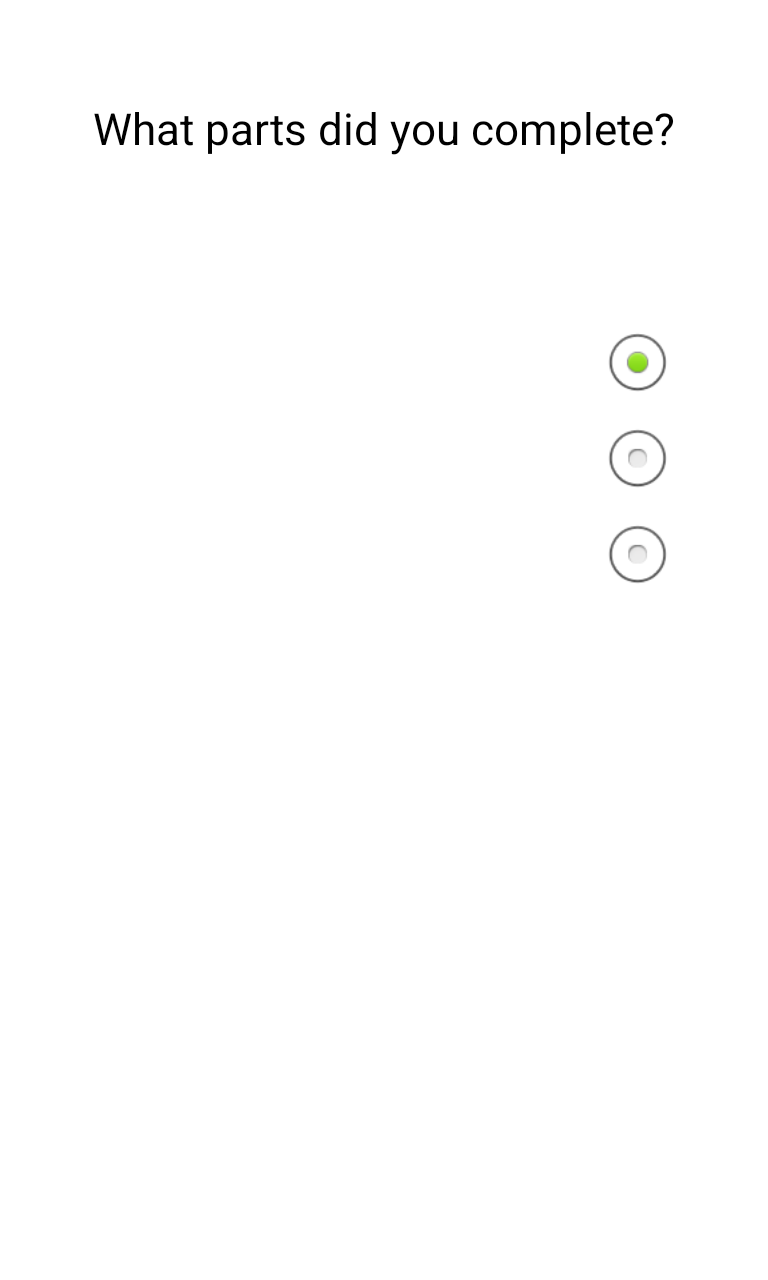
Repository: jwisch91/CS390-Project
Layout: workspace/testing/res/layout/check_weight.xml
These files come from the project's save history. The layout is drawn as it stood at one moment and after the next save; the edit follows.
It is drawn on a 768 x 1280 px phone screen (xhdpi) without system bars, with theme android:Theme.Light; the app's code is not run.

Above is the layout before, as saved 2013-05-04 18:44:05.

### workspace/testing/res/layout/check_weight.xml
<?xml version="1.0" encoding="utf-8"?>
<RelativeLayout xmlns:android="http://schemas.android.com/apk/res/android"
    android:layout_width="match_parent"
    android:layout_height="match_parent" >

    <TextView
        android:id="@+id/textView1"
        android:layout_width="wrap_content"
        android:layout_height="wrap_content"
        android:layout_alignParentTop="true"
        android:layout_centerHorizontal="true"
        android:layout_marginTop="49dp"
        android:text="What parts did you complete?"
        android:textAppearance="?android:attr/textAppearanceLarge" />

    <RadioGroup
        android:id="@+id/radioGroup1"
        android:layout_width="wrap_content"
        android:layout_height="wrap_content"
        android:layout_alignParentRight="true"
        android:layout_below="@+id/textView1"
        android:layout_marginTop="80dp" >
    </RadioGroup>

    <RadioButton
        android:id="@+id/radio0"
        android:layout_width="wrap_content"
        android:layout_height="wrap_content"
        android:layout_alignRight="@+id/textView1"
        android:layout_alignTop="@+id/radioGroup1"
        android:checked="true" />

    <RadioButton
        android:id="@+id/radio1"
        android:layout_width="wrap_content"
        android:layout_height="wrap_content"
        android:layout_alignRight="@+id/textView1"
        android:layout_below="@+id/radio0" />

    <RadioButton
        android:id="@+id/radio2"
        android:layout_width="wrap_content"
        android:layout_height="wrap_content"
        android:layout_alignRight="@+id/textView1"
        android:layout_below="@+id/radio1" />

</RelativeLayout>

After the next save:
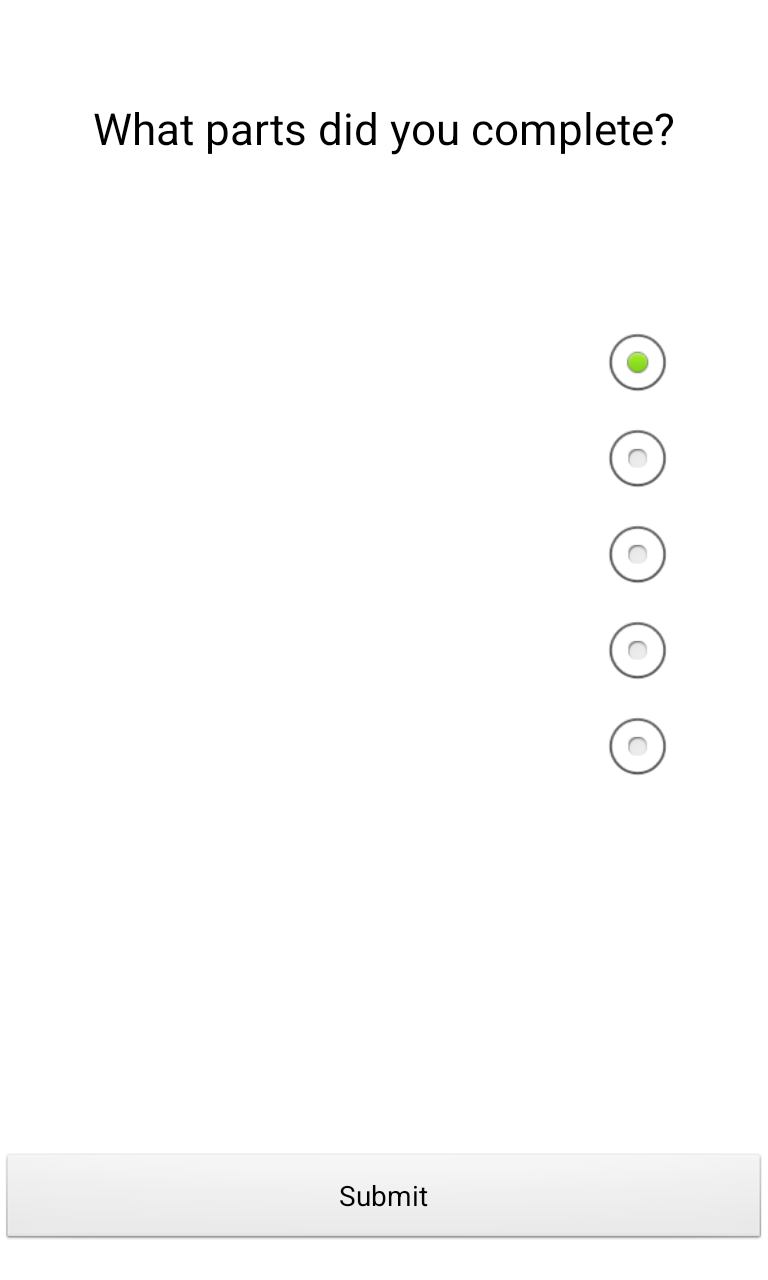
Saved 18 min 25 s later.
--- a/workspace/testing/res/layout/check_weight.xml
+++ b/workspace/testing/res/layout/check_weight.xml
@@ -44,4 +44,28 @@
         android:layout_alignRight="@+id/textView1"
         android:layout_below="@+id/radio1" />
 
+    <RadioButton
+        android:id="@+id/RadioButton01"
+        android:layout_width="wrap_content"
+        android:layout_height="wrap_content"
+        android:layout_alignLeft="@+id/radio2"
+        android:layout_below="@+id/radio2" />
+
+    <RadioButton
+        android:id="@+id/RadioButton02"
+        android:layout_width="wrap_content"
+        android:layout_height="wrap_content"
+        android:layout_alignLeft="@+id/RadioButton01"
+        android:layout_below="@+id/RadioButton01" />
+
+    <Button
+        android:id="@+id/button1"
+        android:layout_width="wrap_content"
+        android:layout_height="wrap_content"
+        android:layout_alignParentBottom="true"
+        android:layout_alignParentLeft="true"
+        android:layout_marginBottom="16dp"
+        android:layout_toLeftOf="@+id/radioGroup1"
+        android:text="Submit" />
+
 </RelativeLayout>
